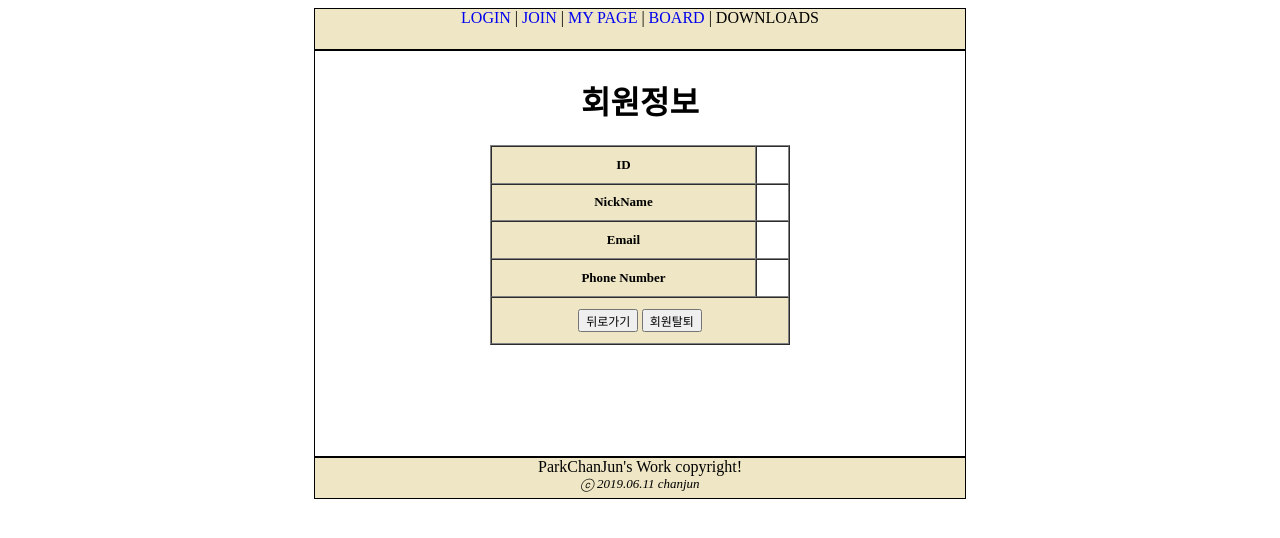
Repository: slolee/Spring-Board
Page: http://localhost/spring_project/WEB-INF/views/member/mypageResultView.jsp
These files come from the project's save history. The page is drawn as it stood at one moment and after the next save; the edit follows.
The browser window is 1280 px wide. The pictures show the whole page.
The page is served by Tomcat 9. Nobody is signed in. Other server files are loaded and not shown. The template is opened directly, without the code that normally fills it, so the values that code supplies are empty.

Above is the page before, as saved 2019-06-17 02:28:08.

### spring_project/src/main/webapp/WEB-INF/views/member/mypageResultView.jsp
<%@ page language="java" contentType="text/html; charset=UTF-8"
    pageEncoding="UTF-8"%>
<jsp:include page="../layout/header.jsp">
	<jsp:param name="title" value="MyPage"/>
</jsp:include>

	<h1>회원정보</h1>
	<table border=1 cellpadding="5" cellspacing="0" align="center" width="300px" height="200px" style="font-size:small;">
		<tr>
			<th>ID</th>
			<td>${ vo.id }</td>
		</tr>

		<tr>
			<th>NickName</th>
			<td>${ vo.nickname }</td>
		</tr>

		<tr>
			<th>Email</th>
			<td>${ vo.email }</td>
		</tr>

		<tr>
			<th>Phone Number</th>
			<td>${ vo.phone }</td>
		</tr>

		<tr>
			<th colspan="2">
				<input type="button" value="뒤로가기" onclick="history.back()">
				<input type="button" value="회원탈퇴" onclick="location.href='signoutView.do'">
			</th>
		</tr>
	</table>
<%@ include file = "../layout/footer.jsp" %>

### spring_project/src/main/webapp/WEB-INF/views/layout/footer.jsp
<%@ page language="java" contentType="text/html; charset=UTF-8"
    pageEncoding="UTF-8"%>
		</div>
		<div id="footer" align="center">
			ParkChanJun's Work copyright! <br>
			<i><font size="2">ⓒ 2019.06.11 chanjun</font></i>
		</div>
	</div>
</body>
</html>

### spring_project/src/main/webapp/WEB-INF/views/layout/header.jsp
<%@ page language="java" contentType="text/html; charset=UTF-8"
    pageEncoding="UTF-8"%>
<%@ taglib prefix="c" uri="http://java.sun.com/jsp/jstl/core" %>
<%
	request.setCharacterEncoding("UTF-8");
	String title = request.getParameter("title");
	if(title == null)
		title = "My Homepage";
%>
<!DOCTYPE html PUBLIC "-//W3C//DTD HTML 4.01 Transitional//EN" "http://www.w3.org/TR/html4/loose.dtd">
<html>
<head>
	<meta http-equiv="Content-Type" content="text/html; charset=UTF-8">
	<title><%= title %></title>
	<style>
		#header, #footer{
			background-color: #EEE6C4;
			font-family: "HY울릉도M";
			border: 1px solid black;
			width: 650px;
			height: 40px;
		}
		#main{
			border: 1px solid black;
			width: 650px;
			min-height: 400px;
			padding-top: 5px;
		}
		a{
			text-decoration: none;
		}

		input[type=button], input[type=submit], input[type=reset]{
			font-size: 9pt;
		}

		th{
			background-color: #EEE6C4;
		}

		td{
			background-color: #FFFFFF;
		}

	</style>
</head>
<body>
	<div align="center">
		<div id="header" align="center">
			<c:choose>
				<c:when test="${ sessionScope.login_id == null }">
					<a href="loginView.do">LOGIN</a> |
					<a href="joinView.do">JOIN</a> |
				</c:when>
				<c:otherwise>
					${ sessionScope.login_nickname } |
					<a href="logoutLogic.do">LOGOUT</a> |
				</c:otherwise>
			</c:choose>

			<a href="mypageView.do">MY PAGE</a> |
			<a href="boardView.do">BOARD</a> |
			DOWNLOADS
		</div>
		<div id="main" align="center">

After the next save:
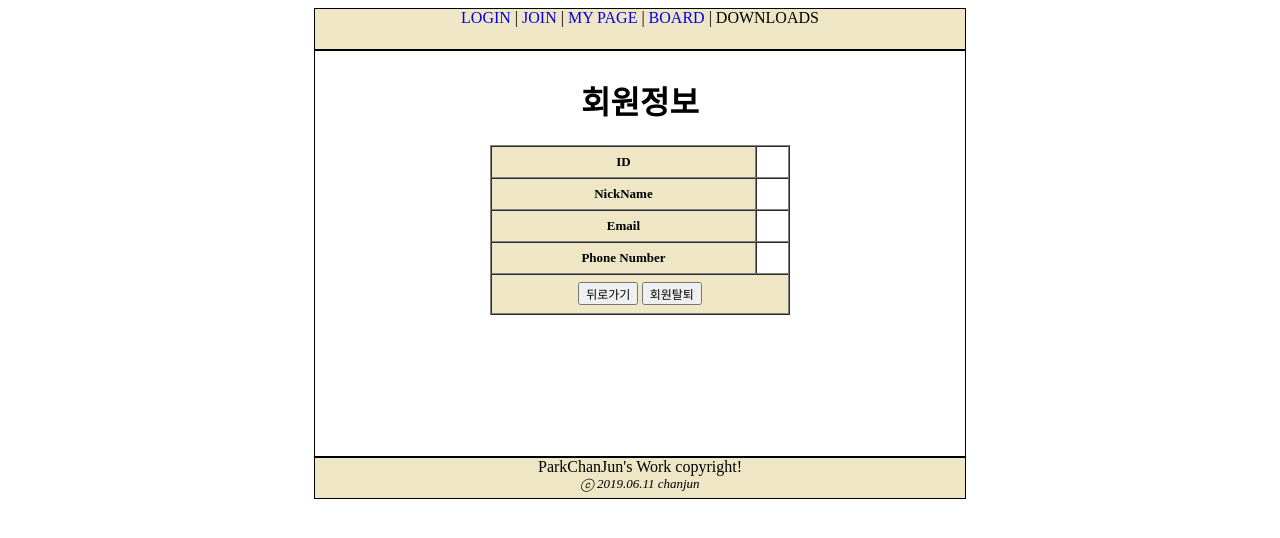
Saved 8 s later.
--- a/spring_project/src/main/webapp/WEB-INF/views/member/mypageResultView.jsp
+++ b/spring_project/src/main/webapp/WEB-INF/views/member/mypageResultView.jsp
@@ -5,7 +5,7 @@
 </jsp:include>
 
 	<h1>회원정보</h1>
-	<table border=1 cellpadding="5" cellspacing="0" align="center" width="300px" height="200px" style="font-size:small;">
+	<table border=1 cellpadding="5" cellspacing="0" align="center" width="300px" height="170px" style="font-size:small;">
 		<tr>
 			<th>ID</th>
 			<td>${ vo.id }</td>
